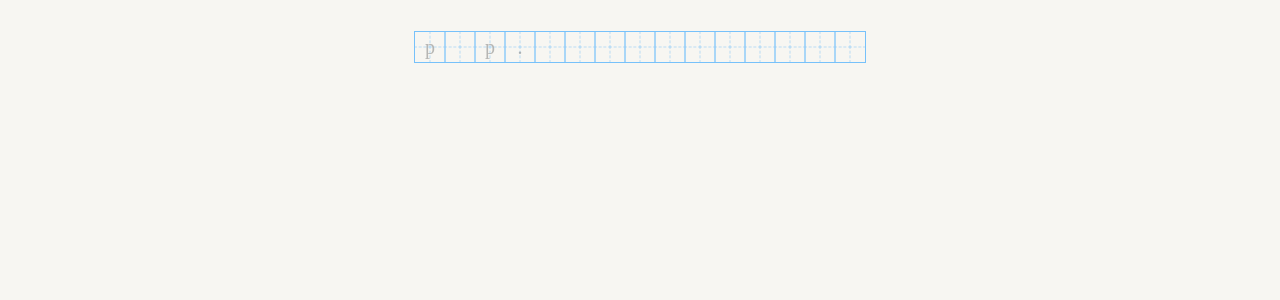
Repository: pyrcl090/p-p
Page: index.html
The author's editor kept a copy of each file at every save. The page is drawn from the files as they stood at one save, then again after a run of saves.
The browser window is 1280 px wide. The pictures show the whole page.
The page's requests for data from a server got no answer. Some web fonts or font styles are not loaded; a fallback is used.

Above is the page before, as saved 2025-04-19 23:07:57.

### index.html
<!DOCTYPE html>
<html lang="en">
<head>
    <meta charset="UTF-8">
    <meta name="viewport" content="width=device-width, initial-scale=1.0">
    <title>P</title>
    <link rel="stylesheet" href="style.css">
</head>
<body>

    <div class="grid-wrapper">
        <div class="grid-border" id="grid-border">
          <!-- JavaScript will populate .grid-item elements here -->
        </div>
      </div>

        <!-- <div class="grid-wrapper">
          <div class="grid-container"></div>
          <div class="overlay-grid"></div>
        </div> -->

        <script src="script.js" async defer></script>
</body>
</html>

### style.css
@font-face {
  font-family: 'HMP';
  src: url("./assets/hiragino-maru-gothic-pron-w4.otf") format("truetype");
}

a {
  color: rgb(167, 151, 0);
  opacity: .5;
}

html, body {
  background-color: rgb(247, 246, 242);
  margin: 0;
  padding: 0;
  font-family: 'HMP';
}

body {

}

.grid-wrapper {
  padding: 2em;
  display: flex;
  justify-content: flex-start;
  align-items: center;
  flex-direction: column;
  width: 100%;
  min-height: 100vh;
  box-sizing: border-box;
}

.grid-border {
  display: flex;
  flex-direction: column;
  align-items: center;
  gap: 2em;
}

/* Inner container holding grid + overlay */
.grid-wrapper-inner {
  position: relative;
  display: inline-block;
  line-height: 0;
}

/* Grid background */
.grid-columns-rows {
  display: grid;
  grid-template-columns: repeat(15, 30px);
  grid-auto-rows: 30px;
  gap: 0;
  outline: 1px solid rgb(88, 181, 253);
  pointer-events: none;
  z-index: 1;
}

/* Each subcell (quad layout) */
.grid-columns-rows .grid-item {
  display: grid;
  grid-template-columns: repeat(2, 1fr);
  grid-template-rows: repeat(2, 1fr);
  width: 30px;
  height: 30px;
  outline: 0.5px solid rgb(88, 181, 253);
  opacity: 0.6;
}

.sub-cell {
  outline: 0.15px dashed rgb(88, 181, 253);
  opacity: 0.4;
  width: 100%;
  height: 100%;
}

/* Overlaid text */
.grid-content {
  display: grid;
  grid-template-columns: repeat(15, 30px);
  grid-auto-rows: 30px;
  gap: 0;
  position: absolute;
  top: 0;
  left: 0;
  z-index: 2;
}

.overlay-item {
  width: 30px;
  height: 30px;
  font-size: 20px;
  text-align: center;
  display: flex;
  justify-content: center;
  align-items: center;
  font-family: 'HMP';
  color: rgba(113, 113, 113, 0.6);
  line-height: 1;
  white-space: nowrap;
  pointer-events: auto;
}

.grid-image {
  width: 100%;  /* Ensure it fills the available width of the wrapper */
  display: block;  /* Block display to avoid inline issues */
  object-fit: contain;  /* Maintain aspect ratio and fit within the container */
  max-height: calc(30px * 10);  /* Ensure the image doesn't exceed the height of 5 rows */
  margin: 0; /* Remove any default margin */
  opacity: .8;
}

.grid-image-wrapper {
  display: flex;  /* Flexbox enables easy alignment of the image */
  justify-content: center;  /* Default alignment to center, you can change it via JS */
  align-items: center;  /* Vertically center the image */
  width: 100%;  /* Make sure it spans the full width of the grid column */
  height: calc(30px * 5);  /* Ensure it takes up exactly 5 rows in height */
}

.grid-item {
  display: flex;
  flex-direction: column;
  width: fit-content;
  opacity: .8;
}

.grid-item.channel-name {
  cursor: pointer;
}

.grid-item.channel-content {
  display: none;
}
/* .content-separator {
  grid-column: span 15;
  height: 30px;
} */

### script.js

const channels = [
  'p-pp-vz1bkeezvp0',
  'read-re_d-rode',
  'putaiinnnnn'
];

const gridBorder = document.getElementById('grid-border');
const cols = 15;
const cellSize = 30;
let currentlyOpenId = null;
const loadedChannels = new Set();

// Optional menu content
const menuItems = [
  {
    content: "p p."
  }
];

function createGridStructure(numItems) {
  const grid = document.createElement('div');
  grid.className = 'grid-columns-rows';
  const rows = Math.ceil(numItems / cols);
  const totalCells = rows * cols;

  for (let i = 0; i < totalCells; i++) {
    const cell = document.createElement('div');
    cell.className = 'grid-item';

    for (let j = 0; j < 4; j++) {
      const sub = document.createElement('div');
      sub.className = 'sub-cell';
      cell.appendChild(sub);
    }

    grid.appendChild(cell);
  }

  return grid;
}

function createOverlayItem(char, isLink = false, href = '') {
  const div = document.createElement('div');
  div.className = 'overlay-item';

  if (isLink) {
    const a = document.createElement('a');
    a.href = href;
    a.target = '_blank';
    a.textContent = char;
    a.style.textDecoration = 'none';
    a.style.color = 'inherit';
    div.appendChild(a);
  } else {
    div.textContent = char;
  }

  return div;
}

function addTextBlock(text, container) {
  for (const char of text) {
    const div = createOverlayItem(char);
    container.appendChild(div);
  }

  const remainder = text.length % cols;
  if (remainder !== 0) {
    for (let i = 0; i < cols - remainder; i++) {
      container.appendChild(document.createElement('div'));
    }
  }
}

function createMenuItem(menuData) {
  const textContent = menuData.content;

  const contentItem = document.createElement('div');
  contentItem.className = 'grid-item channel-content';
  contentItem.style.display = 'block'; // Always visible

  const contentGrid = createGridStructure(textContent.length);
  const contentOverlay = document.createElement('div');
  contentOverlay.className = 'grid-content';

  addTextBlock(textContent, contentOverlay);

  const contentWrapper = document.createElement('div');
  contentWrapper.className = 'grid-wrapper-inner';
  contentWrapper.appendChild(contentGrid);
  contentWrapper.appendChild(contentOverlay);

  contentItem.appendChild(contentWrapper);
  gridBorder.appendChild(contentItem);
}

function fillChannelContent(contentEl, slug) {
  console.log('Fetching content for channel:', slug);
  fetch(`https://api.are.na/v2/channels/${slug}?per=100`)
    .then(res => res.json())
    .then(data => {
      let totalCells = 0;

      if (data.metadata?.description) {
        addTextBlock(data.metadata.description, contentEl);
        totalCells += data.metadata.description.length;
        totalCells += (cols - (data.metadata.description.length % cols)) % cols;
      }

      data.contents.forEach(block => {
        if (block.image?.display?.url) {
          const img = document.createElement('img');
          img.src = block.image.display.url;
          img.className = 'grid-image';
          const colSpan = 15;
          const rowSpan = 10;
          img.style.gridColumn = `span ${colSpan}`;
          img.style.gridRow = `span ${rowSpan}`;
          img.style.justifySelf = Math.random() > 0.5 ? 'flex-start' : 'flex-end';
          contentEl.appendChild(img);
          totalCells += colSpan * rowSpan;
        }

        if (block.file?.url) {
          const fileLink = document.createElement('a');
          fileLink.href = block.file.url;
          fileLink.target = '_blank';
          fileLink.textContent = `View file: ${block.file.name || 'Document'}`;
          contentEl.appendChild(fileLink);
          contentEl.appendChild(document.createElement('br'));
          totalCells += 2;
        }

        const text = block.content || block.title || block.body || '';
        if (text) {
          addTextBlock(text, contentEl);
          totalCells += text.length;
          totalCells += (cols - (text.length % cols)) % cols;
        }
      });

      const rowsNeeded = Math.ceil(totalCells / cols);
      const totalCellsNeeded = rowsNeeded * cols;

      const wrapper = contentEl.closest('.grid-wrapper-inner');
      const oldGrid = wrapper.querySelector('.grid-columns-rows');
      if (oldGrid) oldGrid.remove();

      const newGrid = createGridStructure(totalCellsNeeded);
      wrapper.insertBefore(newGrid, contentEl);

      loadedChannels.add(slug);
      console.log(`Content added for channel: ${slug}`);
    })
    .catch(error => console.error(`Error fetching data for channel ${slug}:`, error));
}

function toggleContent(id, slug) {
  const contentWrapper = document.getElementById(id);
  const contentItem = contentWrapper.closest('.channel-content');

  if (currentlyOpenId && currentlyOpenId !== id) {
    const prevWrapper = document.getElementById(currentlyOpenId);
    const prevItem = prevWrapper?.closest('.channel-content');
    if (prevItem) prevItem.style.display = 'none';
  }

  const isOpen = contentItem.style.display === 'block';

  if (isOpen) {
    contentItem.style.display = 'none';
    currentlyOpenId = null;
  } else {
    contentItem.style.display = 'block';
    currentlyOpenId = id;

    if (!loadedChannels.has(slug)) {
      fillChannelContent(contentWrapper, slug);
    }
  }
}

function createChannelItem(channelData, index) {
  const slug = channelData.slug;
  const title = channelData.title || `Channel ${index + 1}`;
  const contentId = `channel-content-${index}`;

  const nameItem = document.createElement('div');
  nameItem.className = 'grid-item channel-name';

  const grid = createGridStructure(title.length);
  const content = document.createElement('div');
  content.className = 'grid-content';

  for (const char of title) {
    const item = createOverlayItem(char);
    item.style.cursor = 'pointer';
    item.addEventListener('click', () => toggleContent(contentId, slug));
    content.appendChild(item);
  }

  const wrapper = document.createElement('div');
  wrapper.className = 'grid-wrapper-inner';
  wrapper.appendChild(grid);
  wrapper.appendChild(content);
  nameItem.appendChild(wrapper);
  gridBorder.appendChild(nameItem);

  const contentItem = document.createElement('div');
  contentItem.className = 'grid-item channel-content';
  contentItem.style.display = 'none';

  const contentGrid = createGridStructure(200);
  const contentOverlay = document.createElement('div');
  contentOverlay.className = 'grid-content';
  contentOverlay.id = contentId;

  const contentWrapper = document.createElement('div');
  contentWrapper.className = 'grid-wrapper-inner';
  contentWrapper.appendChild(contentGrid);
  contentWrapper.appendChild(contentOverlay);

  contentItem.appendChild(contentWrapper);
  gridBorder.appendChild(contentItem);
}

// Render menu items first
menuItems.forEach((item) => createMenuItem(item));

// Then fetch and render channels
channels.forEach((slug, index) => {
  fetch(`https://api.are.na/v2/channels/${slug}?per=1`)
    .then(res => res.json())
    .then(data => {
      data.slug = slug;
      createChannelItem(data, index);
    });
});

After the next 2 saves:
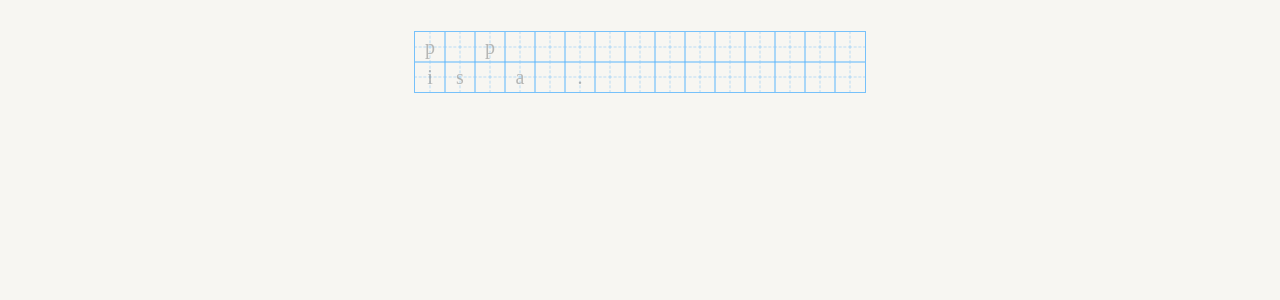
The 2 saves are shown as one change because they came seconds apart.
The last was saved 15 s later.
--- a/script.js
+++ b/script.js
@@ -14,7 +14,7 @@ const loadedChannels = new Set();
 // Optional menu content
 const menuItems = [
   {
-    content: "p p."
+    content: "p p            is a ."
   }
 ];
 
